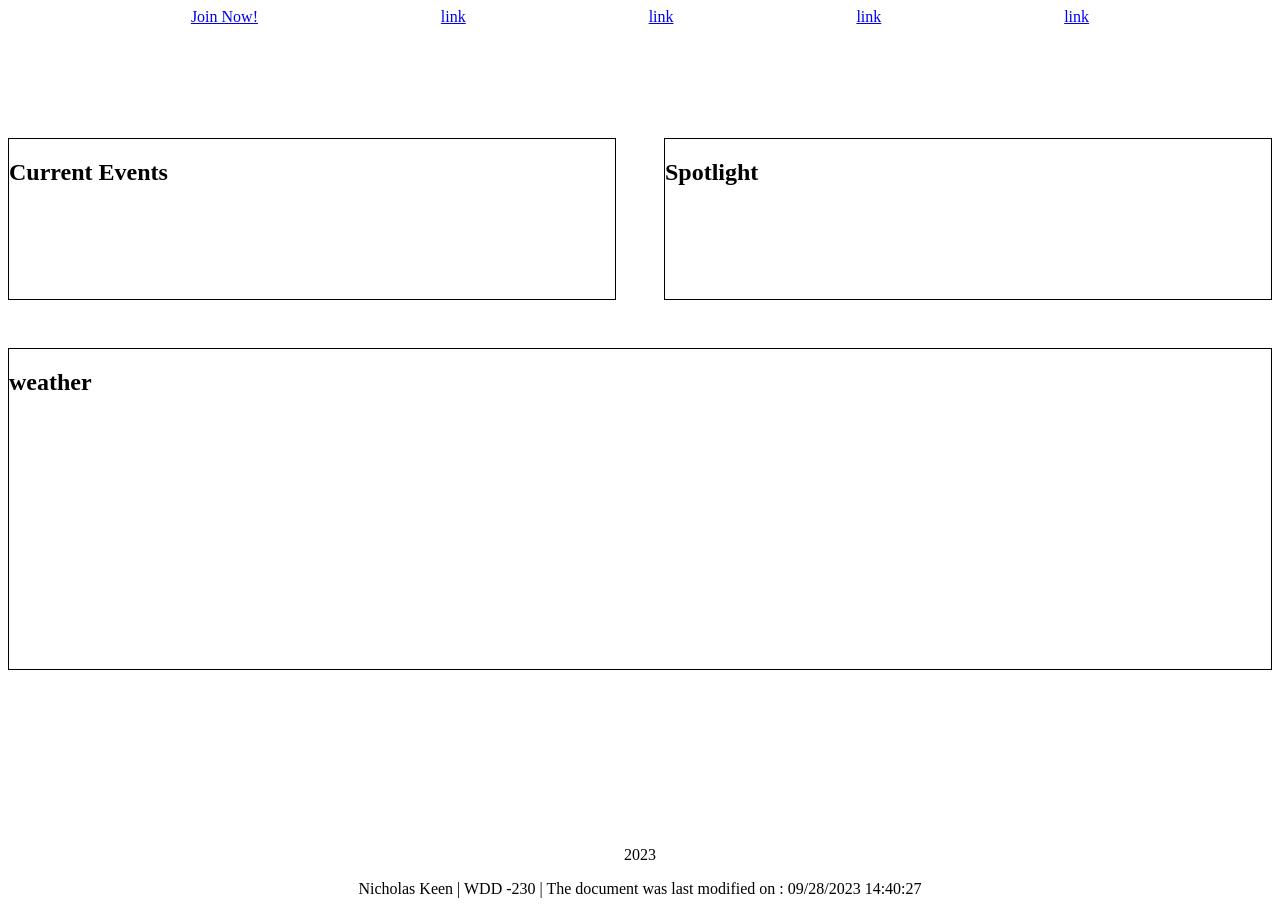
Repository: nak97/WDD230
Page: lesson03/chamber.html
An editor plug-in stored every save of this project. The page is shown before and after the next save, followed by the edit.
The browser window is 1280 px wide. The pictures show the whole page.
Some web fonts or font styles are not loaded; a fallback is used.

Above is the page before, as saved 2023-10-07 20:05:46.

After the next save:
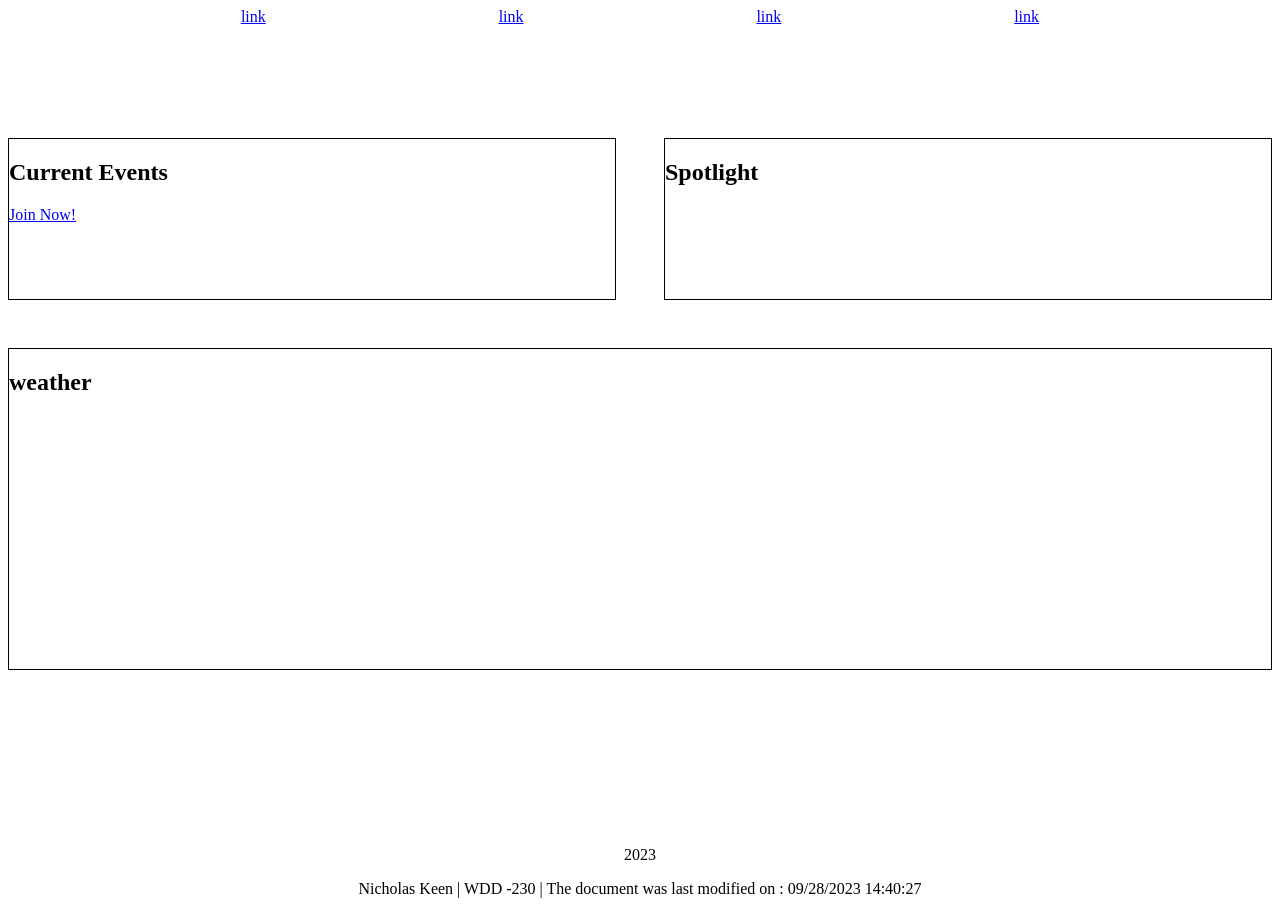
Saved 45 s later.
--- a/lesson03/chamber.html
+++ b/lesson03/chamber.html
@@ -23,7 +23,6 @@
 
   </header>
   <nav class="navigation" >
-    <a href="#">Join Now!</a>
     <a href="#">link</a>
     <a href="#">link</a>
     <a href="#">link</a>
@@ -35,7 +34,7 @@
 
 <section class="current-events">
 <h1>Current Events </h1>
-
+<p><a href="#">Join Now!</a></p>
 </section>
 
 
